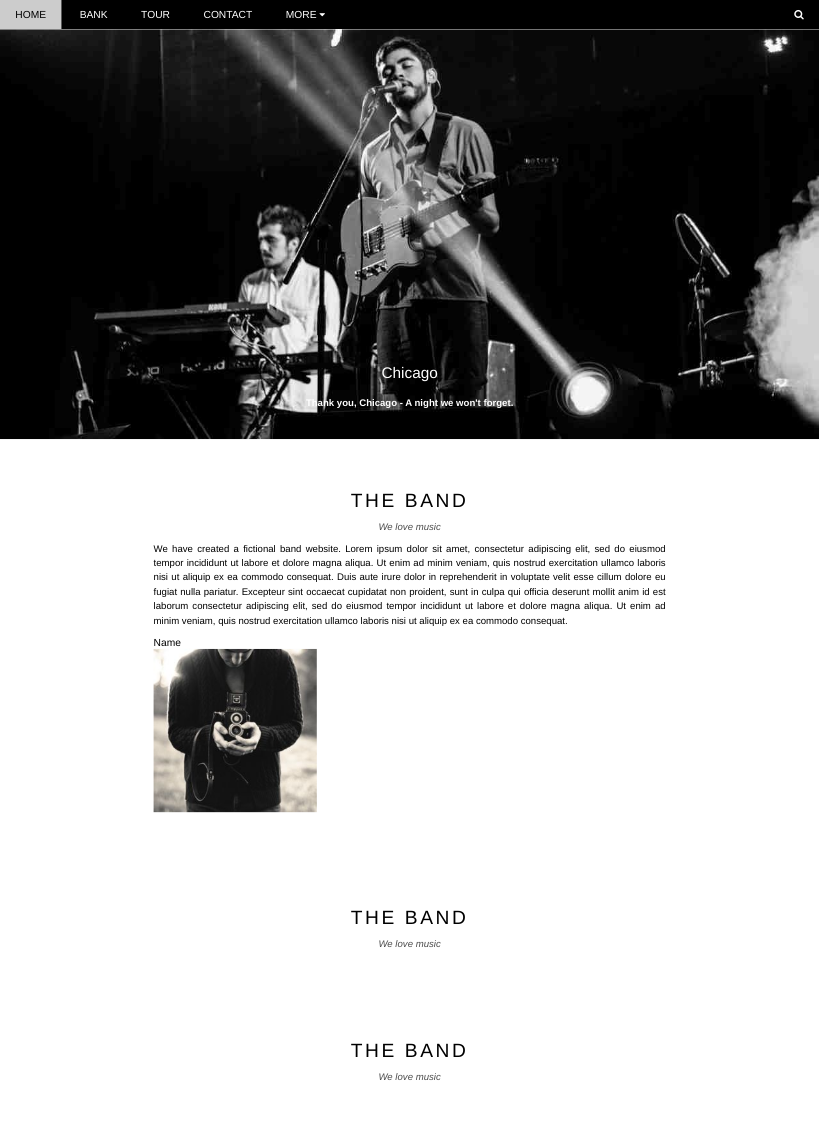
Repository: vuongtm1999/TheBand_W3School
Page: index.html
These files come from the project's save history. The page is drawn as it stood at one moment and after the next save; the edit follows.
The browser window is 1280 px wide. The pictures show the whole page, at 64% of full size.

Above is the page before, as saved 2022-08-26 11:42:58.

After the next save:
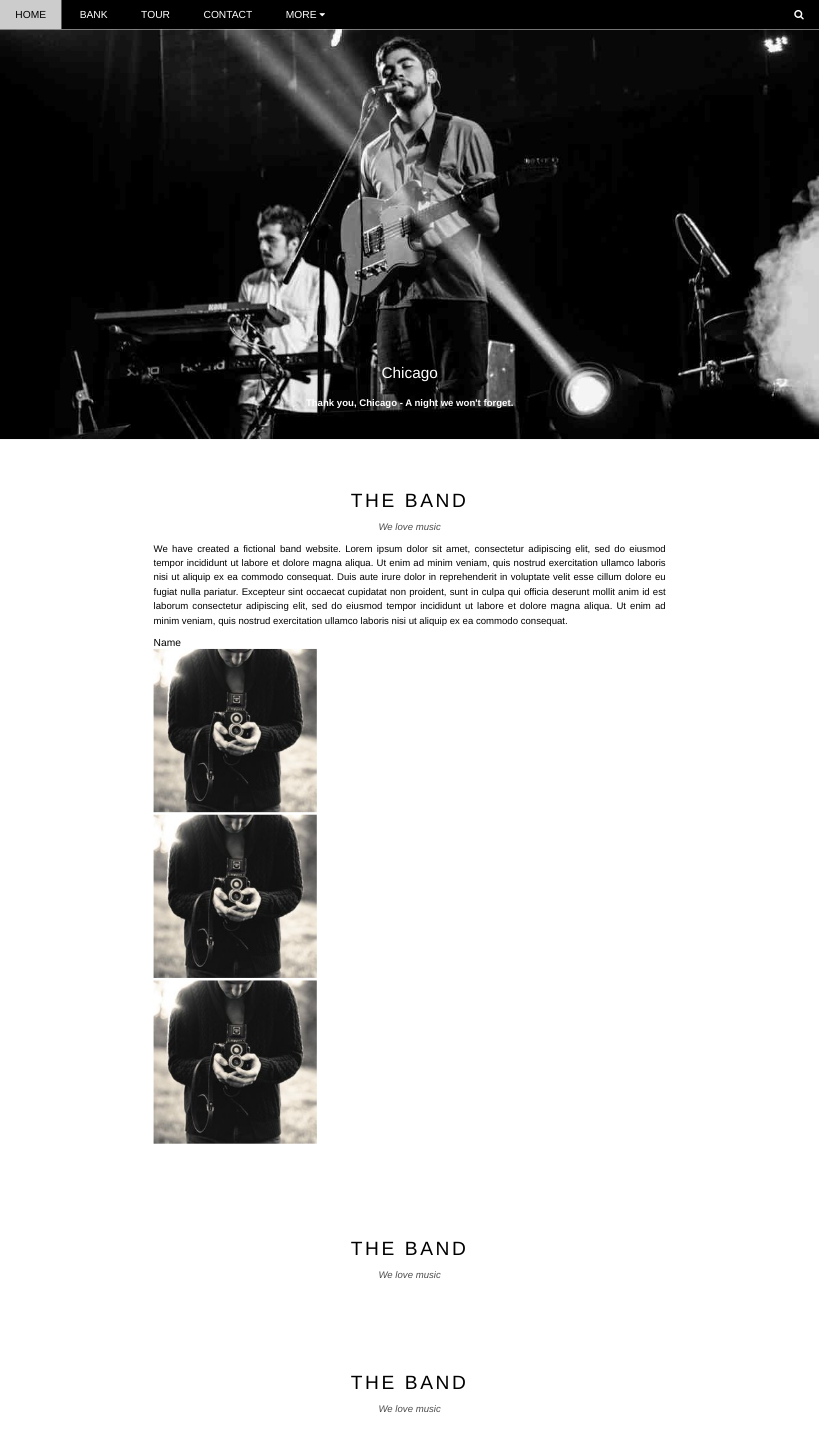
Saved 17 s later.
--- a/index.html
+++ b/index.html
@@ -62,6 +62,12 @@
                     <div class="img">
                         <img src="assets/img/bandmember.jpg" alt="member">
                     </div>
+                    <div class="img">
+                        <img src="assets/img/bandmember.jpg" alt="member">
+                    </div>
+                    <div class="img">
+                        <img src="assets/img/bandmember.jpg" alt="member">
+                    </div>
                 </div>
             </div>
 

After the 2 saves that followed:
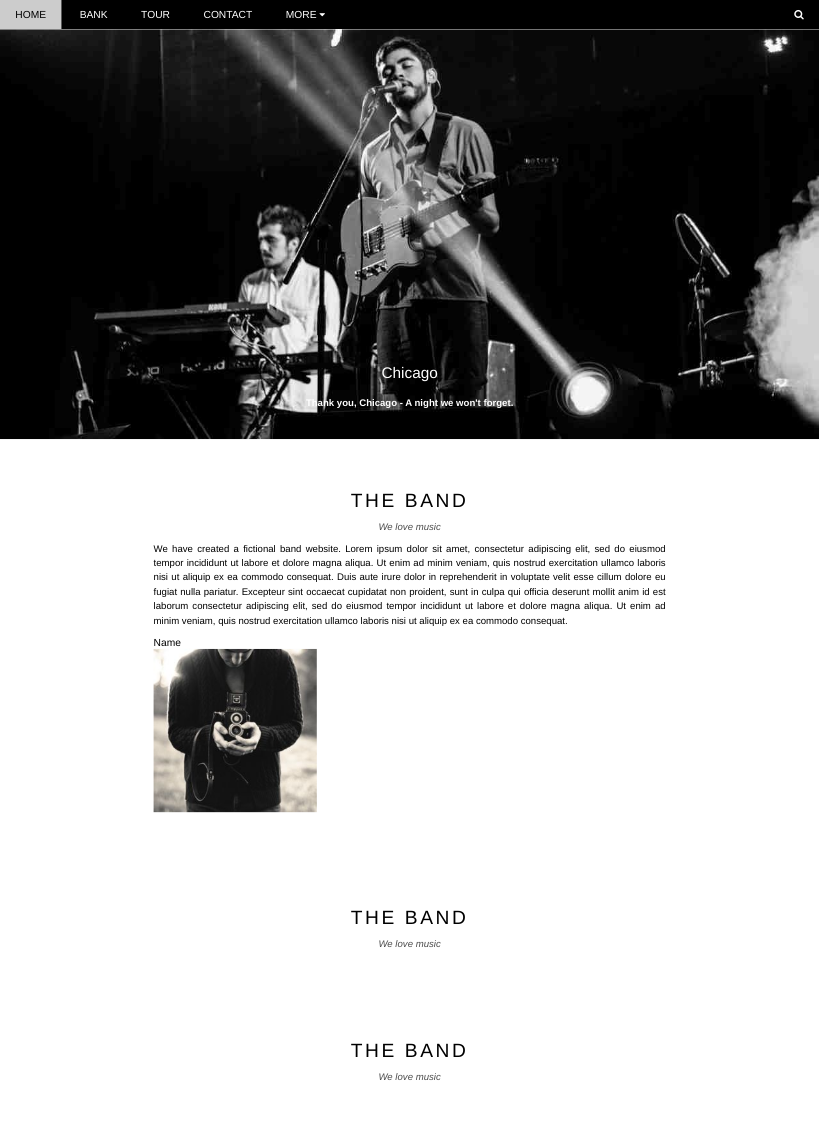
The 2 saves are shown as one change because 1 left the picture as it was.
The last was saved 71 s later.
--- a/index.html
+++ b/index.html
@@ -56,18 +56,13 @@
                 <p class="section-about-text">We have created a fictional band website. Lorem ipsum dolor sit amet, consectetur adipiscing elit, sed do eiusmod tempor incididunt ut labore et dolore magna aliqua. Ut enim ad minim veniam, quis nostrud exercitation ullamco laboris nisi ut aliquip ex ea commodo consequat. Duis aute irure dolor in reprehenderit in voluptate velit esse cillum dolore eu fugiat nulla pariatur. Excepteur sint occaecat cupidatat non proident, sunt in culpa qui officia deserunt mollit anim id est laborum consectetur adipiscing elit, sed do eiusmod tempor incididunt ut labore et dolore magna aliqua. Ut enim ad minim veniam, quis nostrud exercitation ullamco laboris nisi ut aliquip ex ea commodo consequat.</p>
 
                 <div class="member-list">
-                    <div class="name">
+                    <div class="member-name">
                         Name
                     </div>
-                    <div class="img">
+                    <div class="member-img">
                         <img src="assets/img/bandmember.jpg" alt="member">
                     </div>
-                    <div class="img">
-                        <img src="assets/img/bandmember.jpg" alt="member">
-                    </div>
-                    <div class="img">
-                        <img src="assets/img/bandmember.jpg" alt="member">
-                    </div>
+
                 </div>
             </div>
 
